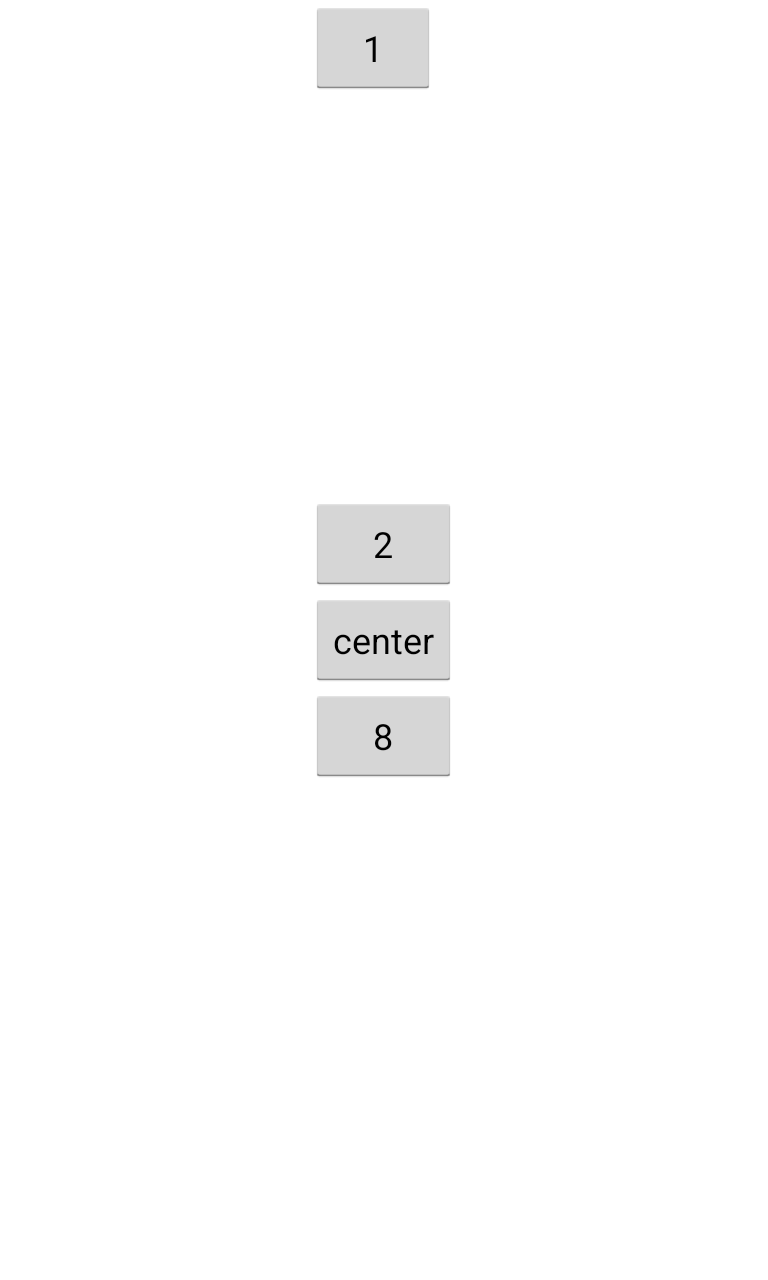
Repository: qwer2714856/Android_learn
Layout: relativeLayoutDeom/res/layout/activity_main.xml
The author's editor kept a copy of each file at every save. The layout is drawn from the files as they stood at one save, then again after the next save.
It is drawn on a 768 x 1280 px phone screen (xhdpi) without system bars, with theme AppTheme; the app's code is not run.

Above is the layout before, as saved 2015-09-29 03:49:34.

### relativeLayoutDeom/res/layout/activity_main.xml
<RelativeLayout xmlns:android="http://schemas.android.com/apk/res/android"
    xmlns:tools="http://schemas.android.com/tools"
    android:layout_width="match_parent"
    android:layout_height="match_parent"
    tools:context="com.theadventus.relativelayoutdeom.MainActivity" >


    <Button
        android:layout_width="wrap_content"
        android:layout_height="wrap_content"
        android:text="center"
        android:id="@+id/a5"
        android:layout_centerInParent="true"
        />


    <Button
        android:layout_width="wrap_content"
        android:layout_height="wrap_content"
        android:text="2"
        android:id="@+id/a2"
        android:layout_alignLeft="@id/a5"
        android:layout_alignRight="@id/a5"
        android:layout_above="@id/a5"
        />


     <Button
        android:layout_width="wrap_content"
        android:layout_height="wrap_content"
        android:text="8"
        android:id="@+id/a8"
        android:layout_alignLeft="@id/a5"
        android:layout_alignRight="@id/a5"
        android:layout_below="@id/a5"
        />

     <Button
        android:layout_width="wrap_content"
        android:layout_height="wrap_content"
        android:text="1"
        android:id="@+id/a1"
        android:layout_alignLeft="@id/a2"
        />

</RelativeLayout>

Loaded but not shown: relativeLayoutDeom/res/values/styles.xml (common file); relativeLayoutDeom/res/values-v11/styles.xml (common file); relativeLayoutDeom/res/values-v14/styles.xml (common file)

After the next save:
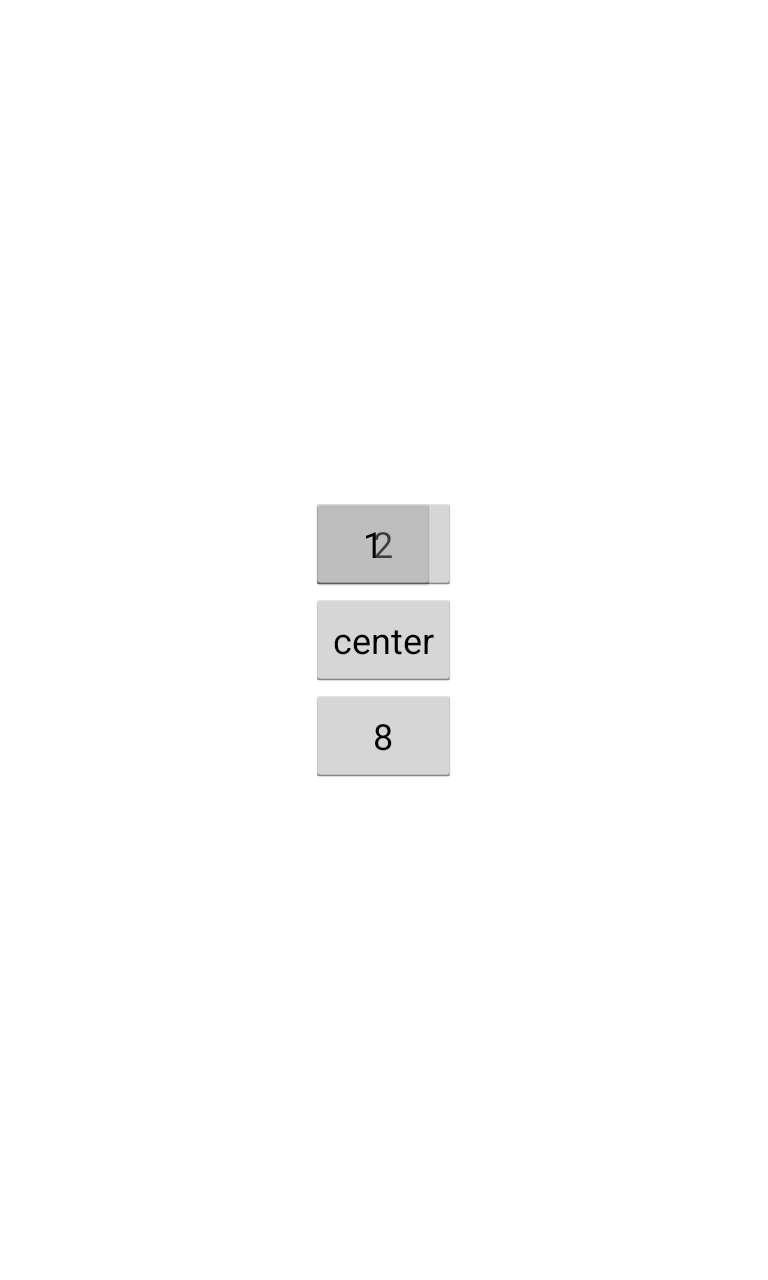
Saved 49 s later.
--- a/relativeLayoutDeom/res/layout/activity_main.xml
+++ b/relativeLayoutDeom/res/layout/activity_main.xml
@@ -41,6 +41,7 @@
         android:text="1"
         android:id="@+id/a1"
         android:layout_alignLeft="@id/a2"
+        android:layout_above="@id/a5"
         />
 
 </RelativeLayout>
